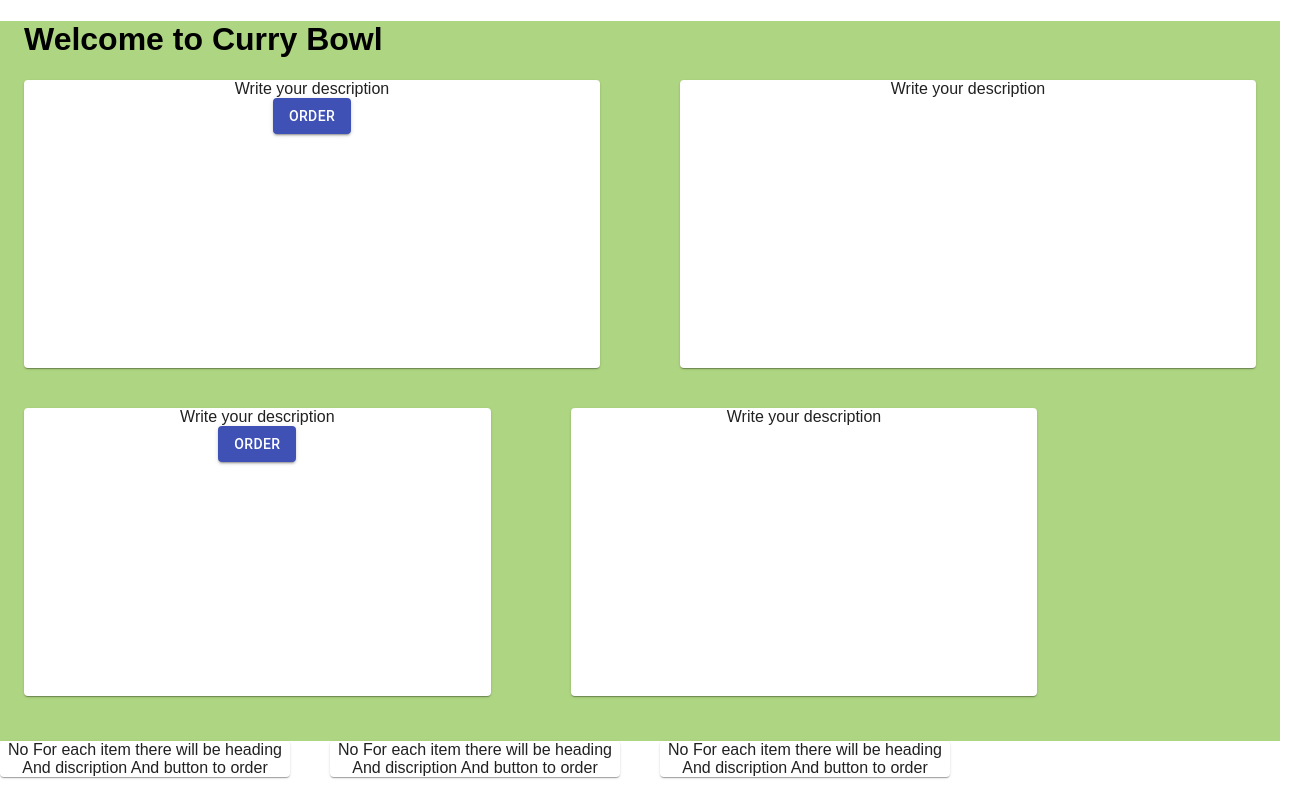
Repository: appikonda/food-order
Page: /
An editor plug-in stored every save of this project. The page is shown before and after the next save, followed by the edit.
The browser window is 1280 px wide. The page is 1300 px wide, so the pictures cover 1300 px, including what lies to the right of the window. The pictures show the whole page.
The project was rebuilt for these pictures with package versions that can differ from the ones it lists, and the page was loaded fresh each time. Also part of the build but not shown: webpack.config.js, src/App.css.

Above is the page before, as saved 2019-08-15 17:20:17.

### src/App.js
import React, { Component } from 'react';
import logo from './logo.svg';
import './App.css';
import OrderFood from './OrderFood.jsx'
class App extends Component {
  render() {
    return (
      <div>

           <OrderFood/>


    </div>
    );
  }
}

export default App;

### src/OrderFood.jsx
import React, { Component } from 'react';

import Typography from '@material-ui/core/Typography';
import Container from '@material-ui/core/Container';
import ExpansionPanel from '@material-ui/core/ExpansionPanel';
import ExpansionPanelDetails from '@material-ui/core/ExpansionPanelDetails';
import ExpansionPanelSummary from '@material-ui/core/ExpansionPanelSummary';
import Iframe from 'react-iframe'
import Grid from '@material-ui/core/Grid';
import { makeStyles  } from '@material-ui/core/styles';
import Button from '@material-ui/core/Button';


import Paper from '@material-ui/core/Paper';



class OrderFood extends Component {


  render() {
    return (
      <div >

      <Container  fixed style={{ backgroundColor: '#aed581', height: '100vh' }}>
      <h1>Welcome to Curry Bowl</h1>
      <Grid container spacing={10}>

        <Grid item xs={6} sm={6}  >
          <Paper style={{  textAlign: 'center',  color: '#212121', height: '40vh'  }}>
             Write your description
             <br/>
             <Button variant="contained" color="primary">
        Order
      </Button>

          </Paper>
        </Grid>
        <Grid item xs={6} sm={6} >
          <Paper style={{  textAlign: 'center',  color: '#212121', height: '40vh'  }}>
             Write your description

          </Paper>
        </Grid>


  </Grid>
  <Grid container spacing={10}>

        <Grid item xs={6} sm={5}  >
          <Paper style={{  textAlign: 'center',  color: '#212121', height: '40vh'  }}>
             Write your description
             <br/>
             <Button variant="contained" color="primary">
        Order
      </Button>

          </Paper>
        </Grid>
        <Grid item xs={6} sm={5} >
          <Paper style={{  textAlign: 'center',  color: '#212121', height: '40vh'  }}>
             Write your description

          </Paper>
        </Grid>


  </Grid>



      </Container>
      {this.renderGridOptions()}



      </div>
    );
  }
//One for biryani orders // 6.99
//One for one curry options// 5.99/
//One for 2 curry options //6.99
//One for full plate options //8.99

renderGridOptions(){

  return (
    <div >
    <Grid container spacing={5}>

        <Grid item xs={6} sm={3}  >
          <Paper style={{      textAlign: 'center',      color: '#212121'  }}>No   For each item there will be heading
  And discription
  And button to order</Paper>
        </Grid>
        <Grid item xs={6} sm={3} >
          <Paper style={{  textAlign: 'center',  color: '#212121'  }}>
        No
  For each item there will be heading
  And discription
  And button to order</Paper>
        </Grid>
        <Grid item xs={6} sm={3}>
          <Paper style={{

  textAlign: 'center',
  color: '#212121'
  }}>No
  For each item there will be heading
  And discription
  And button to order</Paper>
        </Grid>

  </Grid>
  </div>
  );

}


renderOptions(){



  return(
    <div>
      <ExpansionPanel  >
        <ExpansionPanelSummary
          aria-controls="panel1bh-content"
          id="panel1bh-header"
        ><b>Order Biryani</b>


        </ExpansionPanelSummary>
        <ExpansionPanelDetails>

          <Iframe url="https://docs.google.com/forms/d/e/1FAIpQLSdyKr7HLqYcw9uLIflgbRmy-7WHtb8fDuJuym8K5pYcW45q3g/viewform"
         width="900px"
         height="600px"
            />

        </ExpansionPanelDetails>
      </ExpansionPanel>
      <ExpansionPanel >
        <ExpansionPanelSummary

          aria-controls="panel2bh-content"
          id="panel2bh-header"
        >
          Order One Curry Plate

        </ExpansionPanelSummary>
        <ExpansionPanelDetails>
          <Typography>
          Linkk to add One Curry Plate
          </Typography>
        </ExpansionPanelDetails>
      </ExpansionPanel>
      <ExpansionPanel  >
        <ExpansionPanelSummary

          aria-controls="panel3bh-content"
          id="panel3bh-header"
        >
          Order two Curry Plate
        </ExpansionPanelSummary>
        <ExpansionPanelDetails>
          <Typography>
          Linkk to add two curries plaues
          </Typography>
        </ExpansionPanelDetails>
      </ExpansionPanel>
      <ExpansionPanel >
        <ExpansionPanelSummary

          aria-controls="panel4bh-content"
          id="panel4bh-header"
        >
          <Typography>Full Plate </Typography>
        </ExpansionPanelSummary>
        <ExpansionPanelDetails>
          <Typography>
            Nunc vitae orci ultricies, auctor nunc in, volutpat nisl. Integer sit amet egestas eros,
            vitae egestas augue. Duis vel est augue.
          </Typography>
        </ExpansionPanelDetails>
      </ExpansionPanel>
    </div>
  );


}


}

export default OrderFood;

Loaded but not shown: public/index.html (common file); src/index.js (common file); src/index.css (common file)

After the next save:
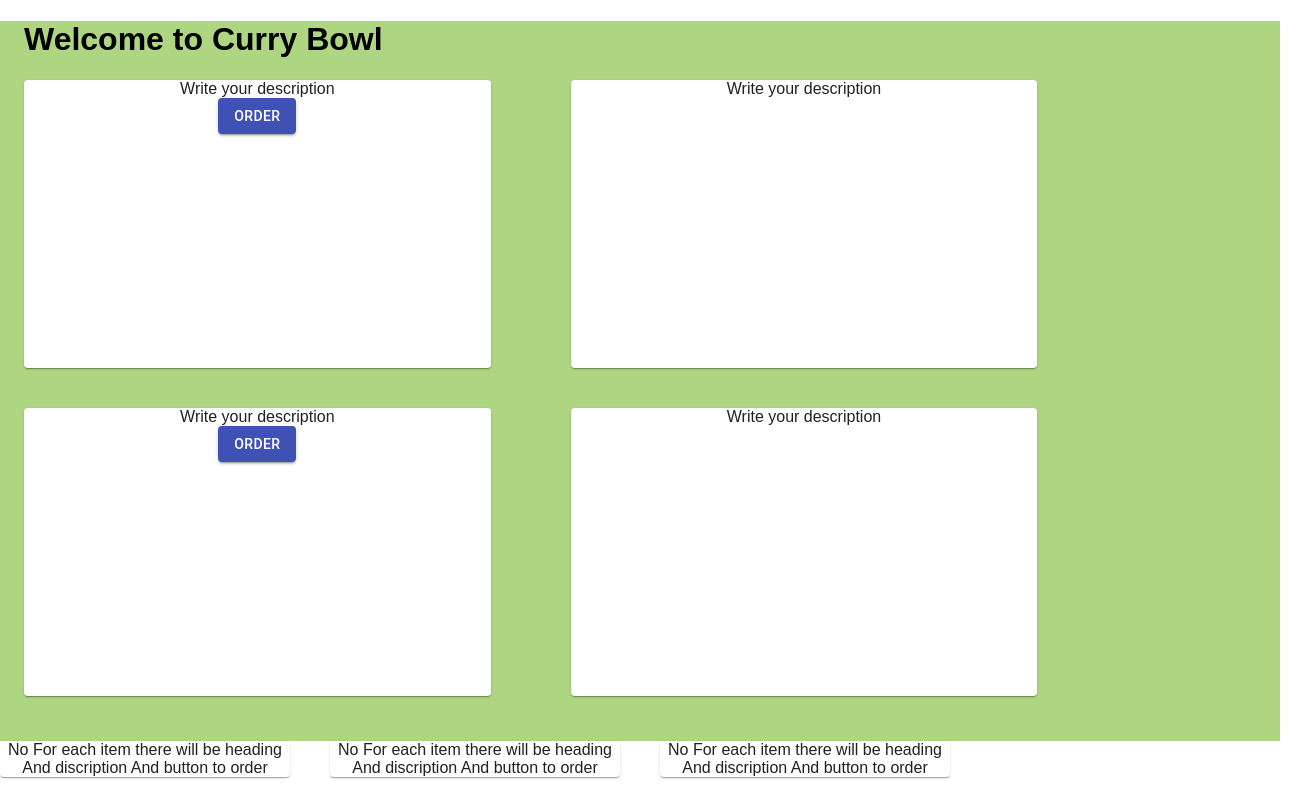
Saved 9 s later.
--- a/src/OrderFood.jsx
+++ b/src/OrderFood.jsx
@@ -26,7 +26,7 @@ class OrderFood extends Component {
       <h1>Welcome to Curry Bowl</h1>
       <Grid container spacing={10}>
 
-        <Grid item xs={6} sm={6}  >
+        <Grid item xs={6} sm={5}  >
           <Paper style={{  textAlign: 'center',  color: '#212121', height: '40vh'  }}>
              Write your description
              <br/>
@@ -36,7 +36,7 @@ class OrderFood extends Component {
 
           </Paper>
         </Grid>
-        <Grid item xs={6} sm={6} >
+        <Grid item xs={6} sm={5} >
           <Paper style={{  textAlign: 'center',  color: '#212121', height: '40vh'  }}>
              Write your description
 
